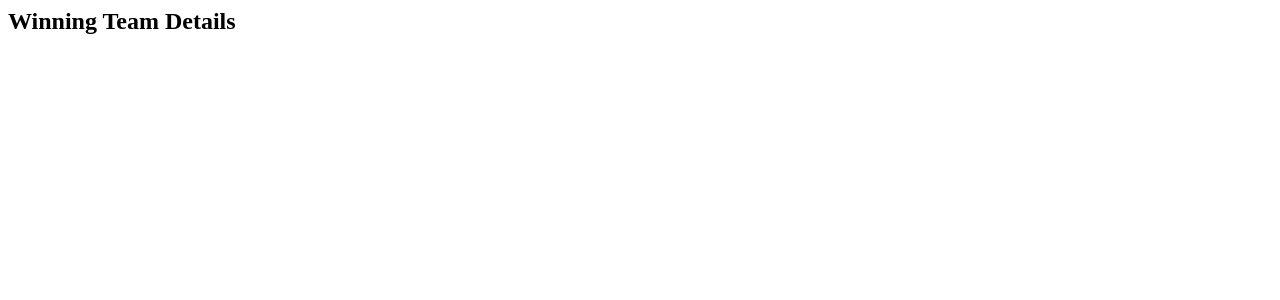
Repository: umng/Learn-to-Program
Page: http://localhost/JSP_Code_Challenge/
An editor plug-in stored every save of this project. The page is shown before and after the next save, followed by the edit.
The browser window is 1280 px wide. The pictures show the whole page.
The page is served by Tomcat 9.

Above is the page before, as saved 2017-03-02 10:46:43.

After the next save:
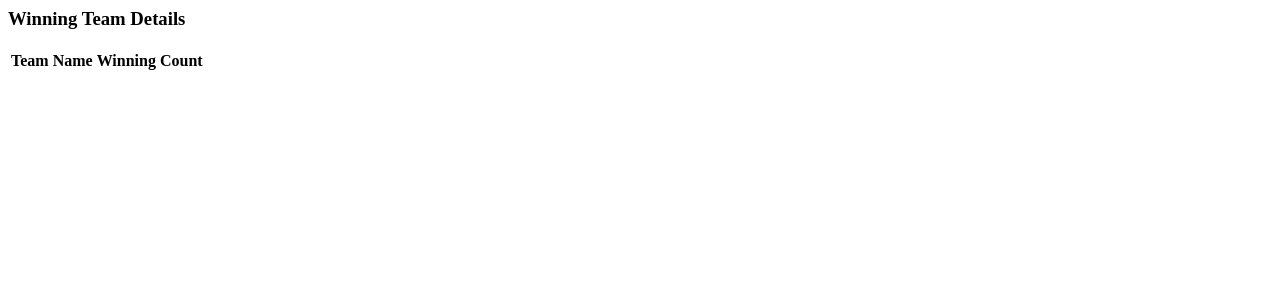
Saved 69 s later.
--- a/Java/CTS_SFDC/workspace/JSP Code Challenge/WebContent/index.jsp
+++ b/Java/CTS_SFDC/workspace/JSP Code Challenge/WebContent/index.jsp
@@ -4,6 +4,12 @@
 <title>Winning Team Details</title>
 </head>
 <body>
-	<h2>Winning Team Details</h2>
+	<h3>Winning Team Details</h3>
+	<table id="teams">
+		<tr>
+			<th>Team Name</th>
+			<th>Winning Count</th>
+		</tr>
+	</table>
 </body>
 </html>
